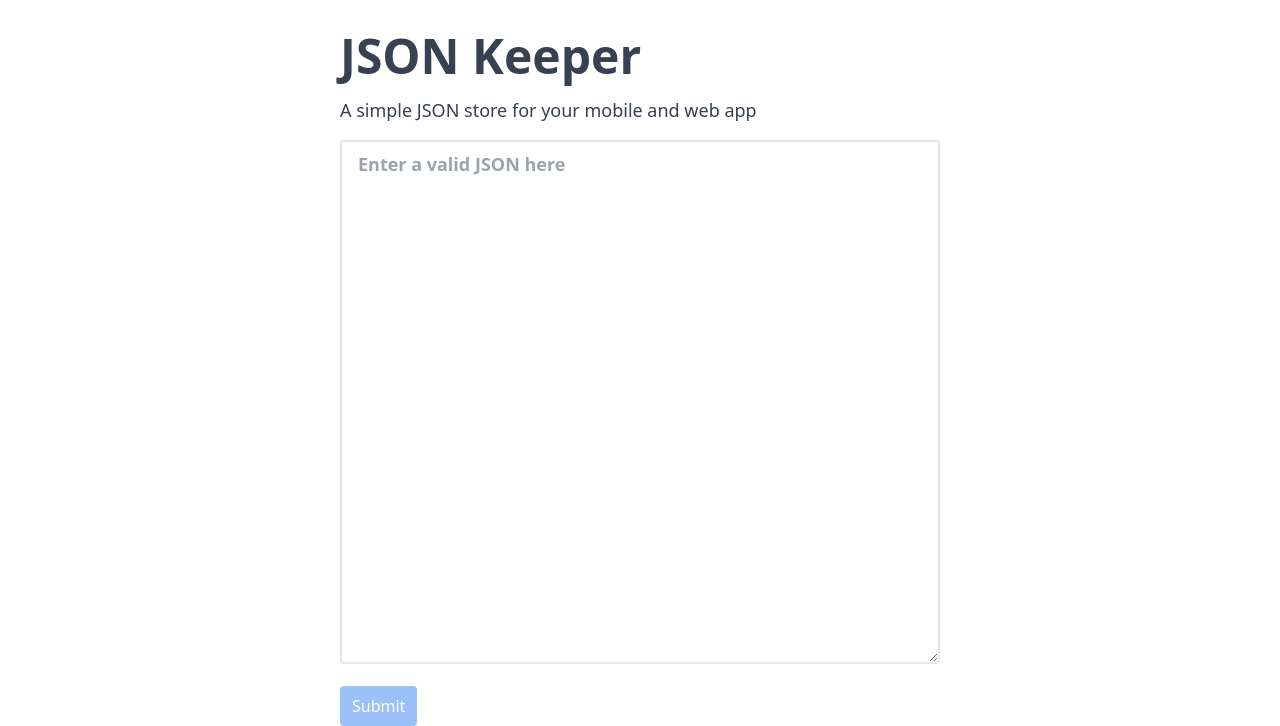
Repository: lakshithapramodya/jsonhub
Page: / (app in client/)
The author's editor kept a copy of each file at every save. The page is drawn from the files as they stood at one save, then again after the next save.
The browser window is 1280 px wide. The pictures show the whole page.
The page's requests for data from a server got no answer. The project was rebuilt for these pictures with package versions that can differ from the ones it lists, and the page was loaded fresh each time. No one was signed in, and anything a server would have sent is missing. Also part of the build but not shown: client/src/HandleJsonData.js.

Above is the page before, as saved 2023-05-10 12:23:54.

### client/src/index.js
import React from "react";
import ReactDOM from "react-dom/client";
import "./index.css";
import App from "./App";
import { BrowserRouter, Route, Routes } from "react-router-dom";
import HandleJsonData from "./HandleJsonData";

const root = ReactDOM.createRoot(document.getElementById("root"));
root.render(
  <React.StrictMode>
    <BrowserRouter>
      <Routes>
        <Route path="/" element={<App />} />
        <Route path=":url" element={<HandleJsonData />} />
      </Routes>
    </BrowserRouter>
  </React.StrictMode>
);

### client/src/App.js
import { useState } from "react";
import { SERVER_ENDPOINT } from "./config/Default";
import axios from "axios";

function App() {
  const [input, setInput] = useState([]);
  const [url, setUrl] = useState("");

  const sendRequest = async () => {
    const res = await axios
      .post(`${SERVER_ENDPOINT}/api/json`, {
        text: input,
      })
      .then()
      .catch((err) => console.log(err));
    const data = res.data;
    return data;
  };

  const handleSubmit = (e) => {
    e.preventDefault();
    sendRequest().then((res) => {
      console.log(res.url);
      res && setInput([]);
      setUrl(res.url);
    });
  };

  function isJsonString(str) {
    try {
      JSON.parse(str);
    } catch (e) {
      return false;
    }
    return true;
  }

  return (
    <div className="min-w-full min-h-screen flex flex-col">
      {url && (
        <a href={`${SERVER_ENDPOINT}/${url}`}>{`${SERVER_ENDPOINT}/${url}`}</a>
      )}
      <div className="flex flex-col mx-auto mt-8 w-full md:w-1/2 items-center justify-center">
        <form onSubmit={handleSubmit} className="w-full space-y-4 px-5">
          <h1 className="text-5xl font-semibold text-gray-700">JSON Keeper</h1>
          <p className="text-gray-700 text-lg">
            A simple JSON store for your mobile and web app
          </p>
          <textarea
            placeholder="Enter a valid JSON here"
            onChange={(e) => setInput(e.target.value)}
            value={input}
            rows={18}
            className="border-2 w-full rounded p-2 px-4 text-lg font-semibold"
          />
          <button
            className="bg-blue-500 p-2 px-3 rounded text-white disabled:opacity-50"
            disabled={!isJsonString(input)}
            type="submit"
          >
            Submit
          </button>
        </form>
      </div>
    </div>
  );
}

export default App;

### client/src/config/Default.js
export const SERVER_ENDPOINT =
  process.env.REACT_APP_SERVER_ENDPOINT || "http://localhost:5000";

Loaded but not shown: client/public/index.html (common file); client/src/index.css (common file); client/tailwind.config.js (common file)

After the next save:
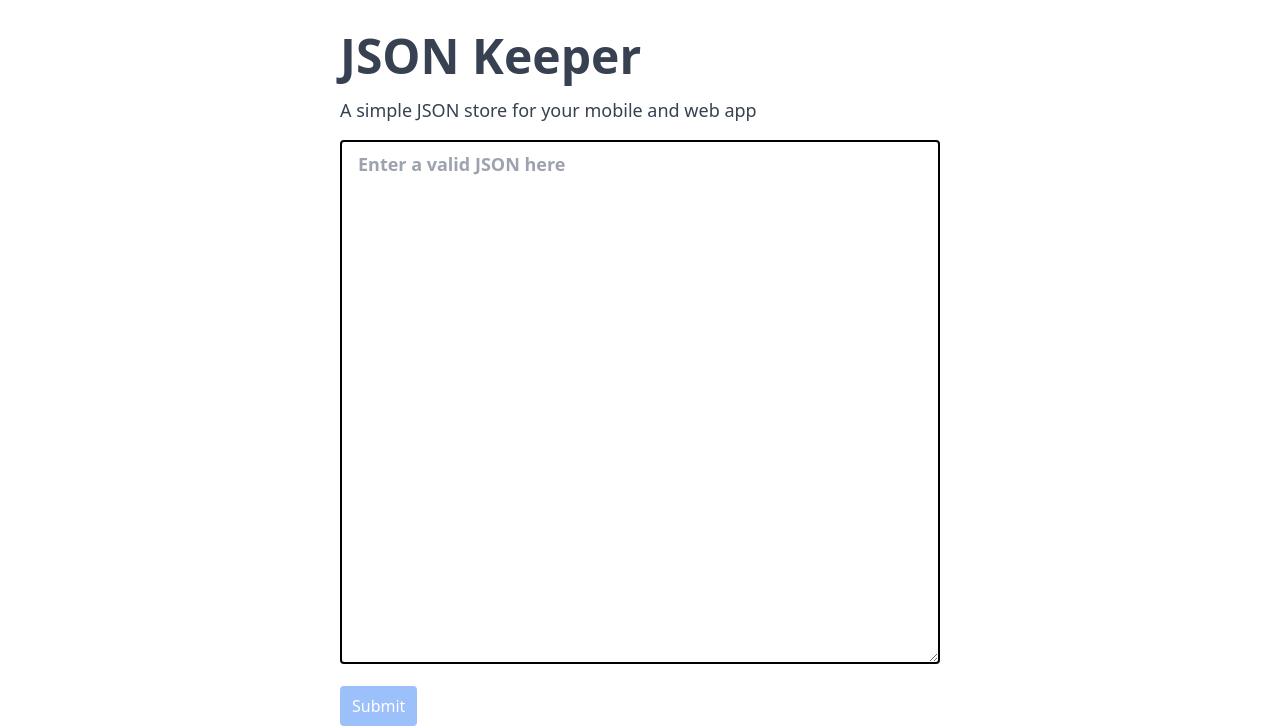
Saved 29 s later.
--- a/client/src/App.js
+++ b/client/src/App.js
@@ -51,7 +51,7 @@ function App() {
             onChange={(e) => setInput(e.target.value)}
             value={input}
             rows={18}
-            className="border-2 w-full rounded p-2 px-4 text-lg font-semibold"
+            className="border-2 border-black w-full rounded p-2 px-4 text-lg font-semibold"
           />
           <button
             className="bg-blue-500 p-2 px-3 rounded text-white disabled:opacity-50"
